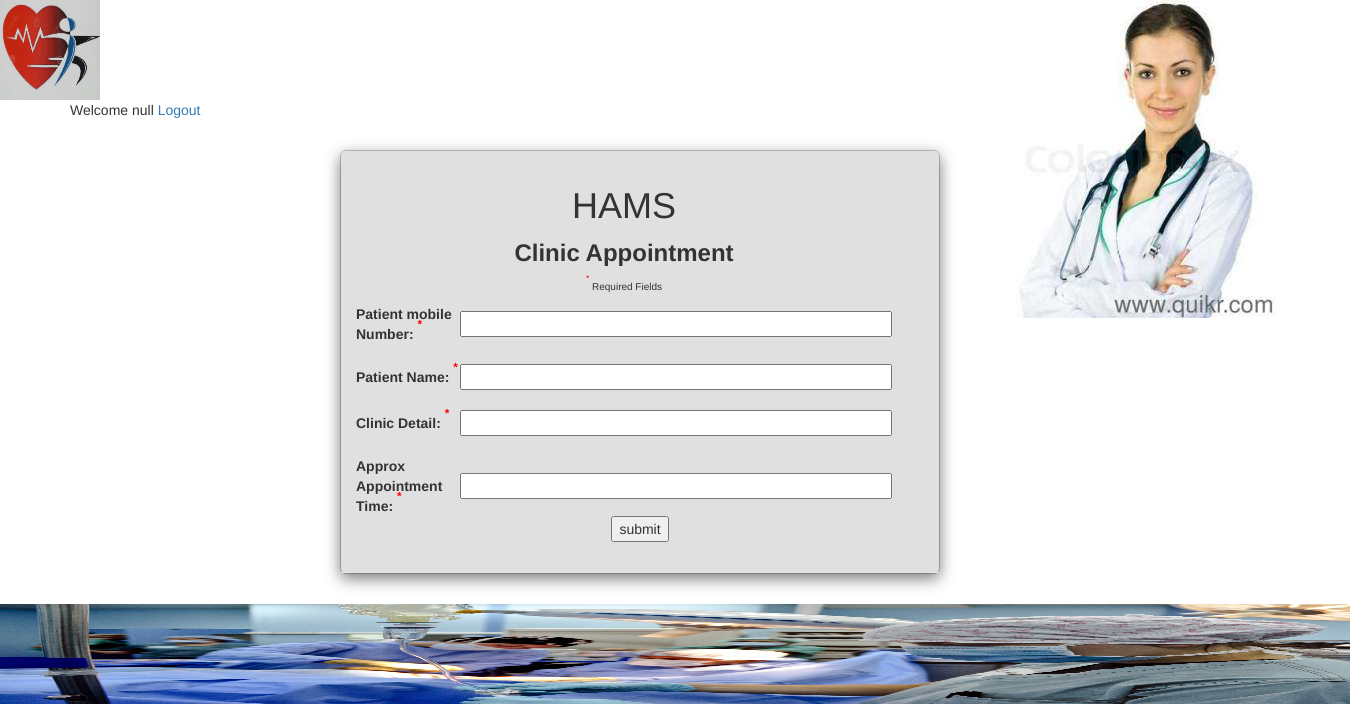
Repository: shiveshk/PullData
Page: http://localhost/Hams/edit.jsp
An editor plug-in stored every save of this project. The page is shown before and after the next save, followed by the edit.
The browser window is 1280 px wide. The page is 1350 px wide, so the pictures cover 1350 px, including what lies to the right of the window. The pictures show the whole page.
The page is served by Tomcat 9. Nobody is signed in. The application's start-up code is not run.

Above is the page before, as saved 2015-11-06 13:46:53.
Console error (its wording comes from the project's code and is left out).

After the next save:
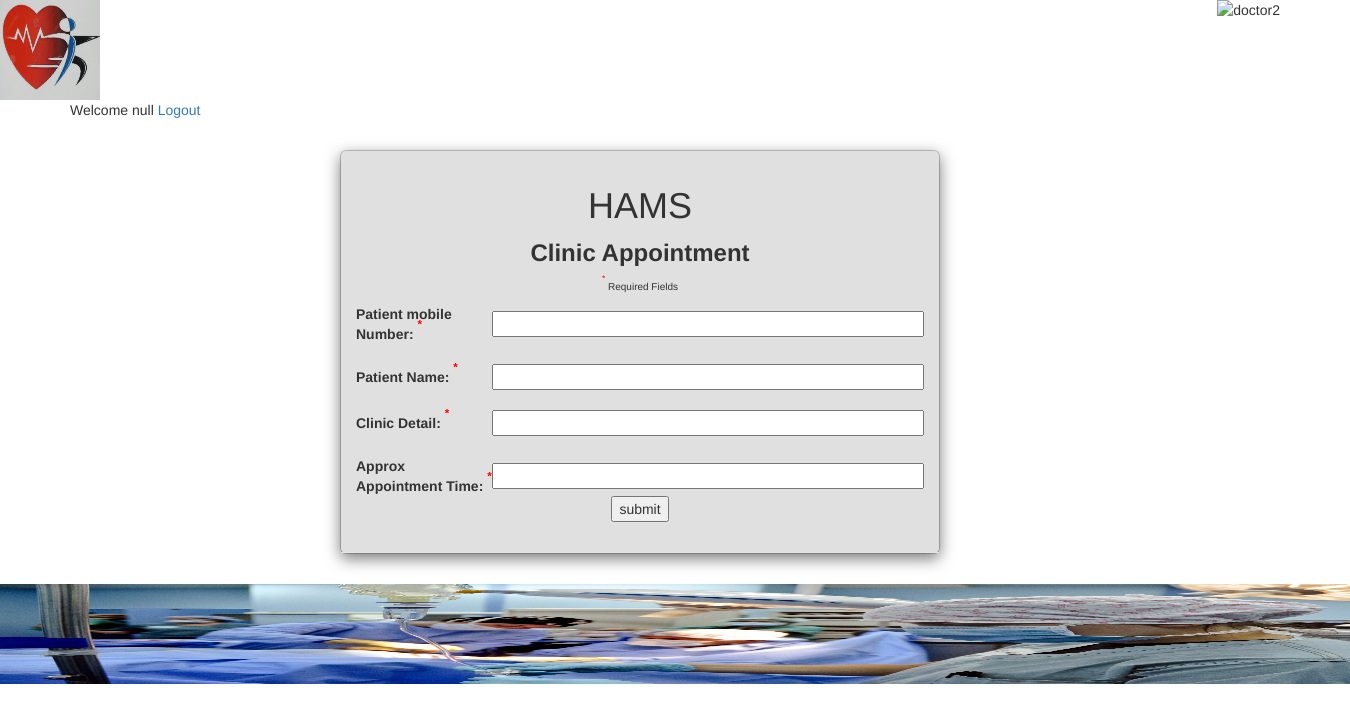
Not found: Hams/Hams/images/image1.jpeg
Saved 2 h 9 min later.
--- a/Hams/WebContent/edit.jsp
+++ b/Hams/WebContent/edit.jsp
@@ -14,7 +14,7 @@
 
 </head>
 <img src = "images/HAMSLogo.jpg" alt="hamslogo" id="img1" />
-<img src = "images/hams2.jpeg" alt="doctor2" id="img3"/>
+<img src = "images/image1.jpeg" alt="doctor2" id="img3"/>
 
 <body bgcolor='#E6E6FA'>
 

After the save that followed:
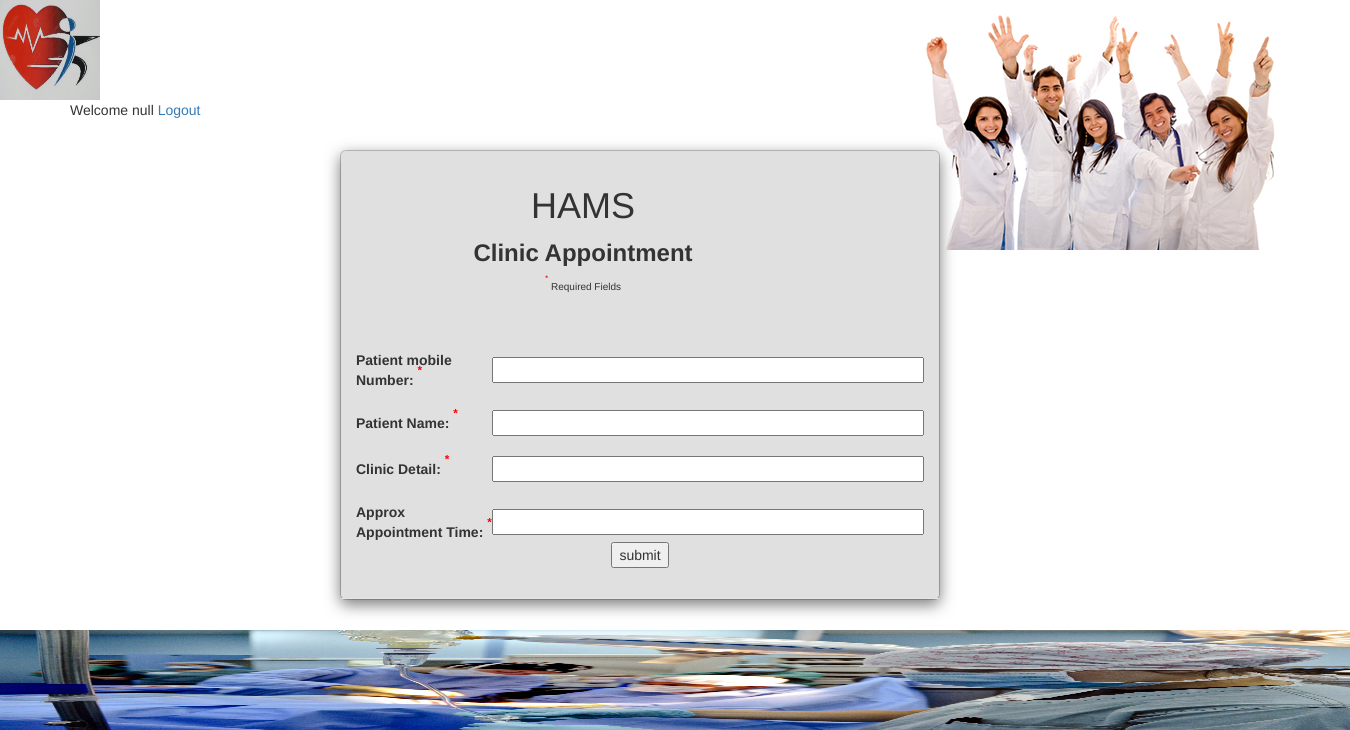
Saved 9 s later.
--- a/Hams/WebContent/edit.jsp
+++ b/Hams/WebContent/edit.jsp
@@ -14,7 +14,7 @@
 
 </head>
 <img src = "images/HAMSLogo.jpg" alt="hamslogo" id="img1" />
-<img src = "images/image1.jpeg" alt="doctor2" id="img3"/>
+<img src = "images/image1.png" alt="doctor2" id="img3"/>
 
 <body bgcolor='#E6E6FA'>
 
